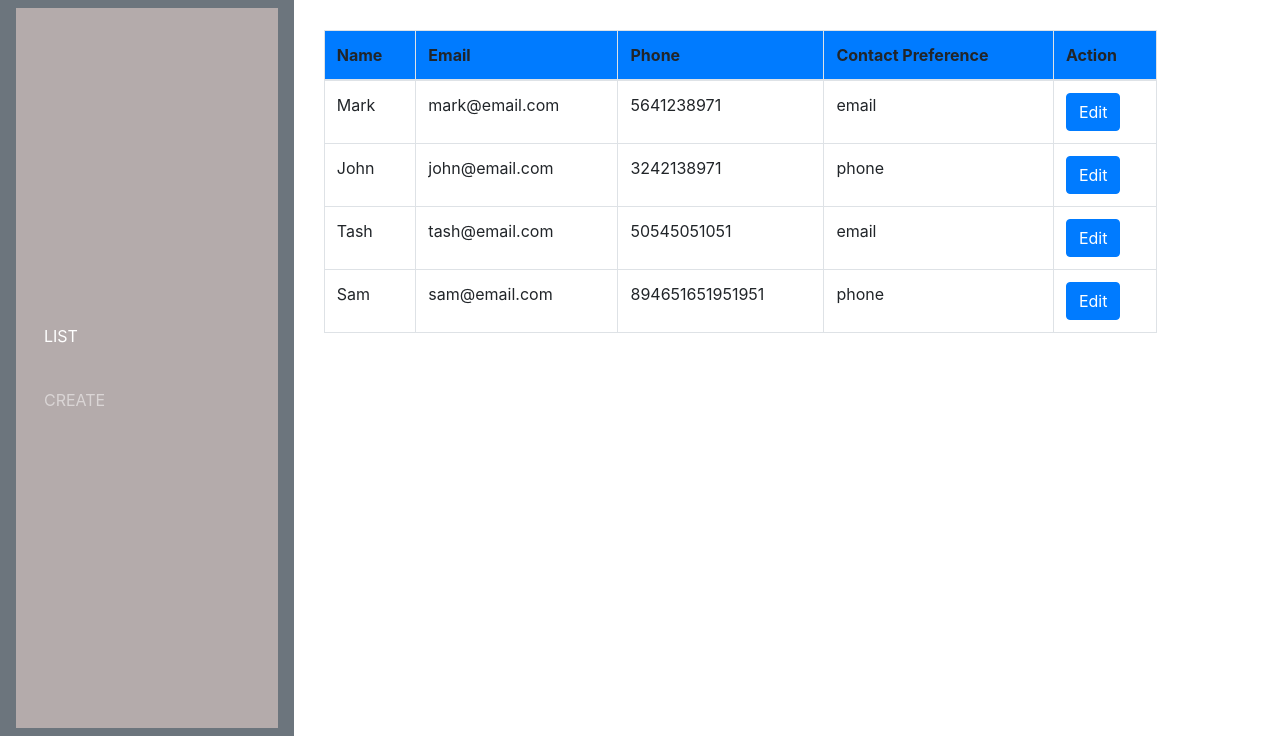
Repository: hanumanthnbalu/NG_FORMS
Page: /
These files come from the project's save history. The page is drawn as it stood at one moment and after the next save; the edit follows.
The browser window is 1280 px wide. The pictures show the whole page.
The project was rebuilt for these pictures with package versions that can differ from the ones it lists, and the page was loaded fresh each time. Requests to the local data server were answered from the project's data file. Also part of the build but not shown: angular.json, src/app/not-found/not-found.component.ts, src/app/forms/create-employee/create-employeecomponent.ts.

Above is the page before, as saved 2019-09-25 22:04:44.

### src/index.html
<!doctype html>
<html lang="en">
<head>
  <meta charset="utf-8">
  <title>HNBALU</title>
  <base href="/">

  <meta name="viewport" content="width=device-width, initial-scale=1">
  <link rel="icon" type="image/x-icon" href="favicon.ico">
</head>
<body>
  <app-root></app-root>
</body>
</html>

### src/styles.scss
/* You can add global styles to this file, and also import other style files */
input.ng-valid {
	border-left: 5px solid #42a948;
}
.form-control:focus {
	outline: none;
	border-color: none;
	box-shadow: none;
}
.btn-primary.disabled,
.btn-primary:disabled {
	cursor: not-allowed;
}
.collapse:not(.show) {
	display: block !important;
}
input[type='radio'] {
	margin-right: 5px;
}
label {
	margin-bottom: .5rem;
	display: flex !important;
	flex-direction: row;
	align-items: center;
}
.primary:disabled {
	cursor: not-allowed;
}

### src/app/app.module.ts
import { BrowserModule } from '@angular/platform-browser';
import { NgModule, Component } from '@angular/core';
import { HttpClientModule } from '@angular/common/http';
import { AppRoutingModule } from './app-routing.module';


import { AppComponent } from './app.component';
import { NotFoundComponent } from './not-found/not-found.component';
import { HeaderComponent } from './header/header.component';
import { FormsModule, ReactiveFormsModule } from '@angular/forms';
import { ListEmployeeComponent } from './forms/list-employee/list-employee.component';
import { EmployeeService } from './forms/employee.service';
import { CreateEmployeeComponent } from './forms/create-employee/create-employeecomponent';

@NgModule({
	declarations: [
		AppComponent,
		HeaderComponent,
    NotFoundComponent,
    ListEmployeeComponent,
    CreateEmployeeComponent
	],
  imports: [ BrowserModule,
             FormsModule,
             HttpClientModule,
             AppRoutingModule,
             ReactiveFormsModule ],
	providers: [ EmployeeService ],
	bootstrap: [ AppComponent ]
})
export class AppModule {}

### src/app/app-routing.module.ts
import { RouterModule } from '@angular/router';
import { NgModule } from '@angular/core';

import { NotFoundComponent } from './not-found/not-found.component';
import { ListEmployeeComponent } from './forms/list-employee/list-employee.component';
import { CreateEmployeeComponent } from './forms/create-employee/create-employeecomponent';

const route = [
  { path: '', redirectTo: '/list-employees', pathMatch: 'full' },
  { path: 'list-employees', component: ListEmployeeComponent },
  { path: 'create-employees', component: CreateEmployeeComponent },
  { path: 'edit/:id', component: CreateEmployeeComponent },
	{ path: '**', component: NotFoundComponent }
];

@NgModule({
	imports: [ RouterModule.forRoot(route) ],
	exports: [ RouterModule ]
})
export class AppRoutingModule {}

### src/app/app.component.ts
import { Component ,OnInit} from '@angular/core';
@Component({
  selector: 'app-root',
  templateUrl: './app.component.html',
  styleUrls: ['./app.component.css']
})
export class AppComponent implements OnInit {
  title = 'app';
  constructor() {}
  ngOnInit() {
  }
}

### src/app/forms/list-employee/list-employee.component.ts
import { Component, OnInit } from '@angular/core';
import { EmployeeService } from '../employee.service';
import { IEmployee } from '../IEmployee';
import { Router } from '@angular/router';

@Component({
  selector: 'app-list-employee',
  templateUrl: './list-employee.component.html',
  styleUrls: ['./list-employee.component.scss']
})
export class ListEmployeeComponent implements OnInit {
  employees: IEmployee[];
  constructor(private employeeService: EmployeeService, private router: Router) { }

  ngOnInit() {
    this.employeeService.getEmployees().subscribe(
      (listEmployees) => this.employees = listEmployees,
      (err) => console.log(err)
    )
  }
  editButtonClick(employeeId: number) {
    this.router.navigate(['/edit', employeeId]);
  }

}

### src/app/forms/employee.service.ts
import { Injectable } from '@angular/core';
import { IEmployee } from './IEmployee';
import { HttpClient, HttpErrorResponse, HttpHeaders } from '@angular/common/http';

import { Observable, throwError } from 'rxjs';
import { catchError } from 'rxjs/operators';

@Injectable()
export class EmployeeService {
    baseUrl = 'http://localhost:3000/employees';
    constructor(private httpClient: HttpClient) {
    }

    getEmployees(): Observable<IEmployee[]> {
        return this.httpClient.get<IEmployee[]>(this.baseUrl)
            .pipe(catchError(this.handleError));
    }

    private handleError(errorResponse: HttpErrorResponse) {
        if (errorResponse.error instanceof ErrorEvent) {
            console.error('Client Side Error :', errorResponse.error.message);
        } else {
            console.error('Server Side Error :', errorResponse);
        }
        return throwError('There is a problem with the service. We are notified & working on it. Please try again later.');
    }

    getEmployee(id: number): Observable<IEmployee> {
        return this.httpClient.get<IEmployee>(`${this.baseUrl}/${id}`)
            .pipe(catchError(this.handleError));
    }

    addEmployee(employee: IEmployee): Observable<IEmployee> {
        return this.httpClient.post<IEmployee>(this.baseUrl, employee, {
            headers: new HttpHeaders({
                'Content-Type': 'application/json'
            })
        })
        .pipe(catchError(this.handleError));
    }

    updateEmployee(employee: IEmployee): Observable<void> {
        return this.httpClient.put<void>(`${this.baseUrl}/${employee.id}`, employee, {
            headers: new HttpHeaders({
                'Content-Type': 'application/json'
            })
        })
            .pipe(catchError(this.handleError));
    }

    deleteEmployee(id: number): Observable<void> {
        return this.httpClient.delete<void>(`${this.baseUrl}/${id}`)
            .pipe(catchError(this.handleError));
    }
}

### src/app/app.component.html
<div class="container-fluid" style="padding-left: 0px">
  <div class="row">
    <div class="col-md-3 col-xs-12">
      <app-header></app-header>
    </div>
    <div class="col-md-8 col-xs-12 top-30">
      <router-outlet></router-outlet>
    </div>
  </div>
</div>

### src/app/app.component.css
.top-30 {
	margin-top: 30px;
}

### src/app/header/header.component.html
<nav class="navbar navbar-expand-lg navbar-dark bg-secondary">
  <div class="collapse navbar-collapse" id="navbarSupportedContent">
    <ul class="navbar-nav mr-auto list-unstyled">
      <li class="nav-item">
        <a class="nav-link" routerLinkActive="active" routerLink="list-employees">LIST</a>
      </li><br>
      <li class="nav-item">
        <a class="nav-link" routerLinkActive="active" routerLink="create-employees">CREATE</a>
      </li>
    </ul>
  </div>
</nav>

### src/app/header/header.component.scss
ul.navbar-nav.mr-auto.list-unstyled {
	display: flex;
	flex-direction: column;
	height: 100vh;
	justify-content: center;
	background: #b4abab;
	padding: 20px;
}

### src/app/forms/list-employee/list-employee.component.html
<div class="table-responsive">
  <table class="table table-bordered" *ngIf="employees && employees.length">
    <thead>
      <tr class="bg-primary">
        <th>Name</th>
        <th>Email</th>
        <th>Phone</th>
        <th>Contact Preference</th>
        <th>Action</th>
      </tr>
    </thead>
    <tbody>
      <tr *ngFor="let employee of employees">
        <td>{{ employee.fullName }}</td>
        <td>{{ employee.email }}</td>
        <td>{{ employee.phone }}</td>
        <td>{{ employee.contactPreference }}</td>
        <td> <button class="btn btn-primary" (click)="editButtonClick(employee.id)">Edit</button> </td>
      </tr>
    </tbody>
  </table>
</div>

### db.json
{
	"employees": [
		{
			"id": 1,
			"fullName": "Mark",
			"contactPreference": "email",
			"email": "mark@email.com",
			"phone": "5641238971",
			"skills": [
				{
					"skillName": "C#",
					"experienceInYears": 1,
					"proficiency": "beginner"
				},
				{
					"skillName": "Java",
					"experienceInYears": 2,
					"proficiency": "intermediate"
				}
			]
		},
		{
			"id": 2,
			"fullName": "John",
			"contactPreference": "phone",
			"email": "john@email.com",
			"phone": "3242138971",
			"skills": [
				{
					"skillName": "Angular",
					"experienceInYears": 2,
					"proficiency": "beginner"
				},
				{
					"skillName": "HTML",
					"experienceInYears": 2,
					"proficiency": "intermediate"
				},
				{
					"skillName": "LINQ",
					"experienceInYears": 3,
					"proficiency": "advanced"
				}
			]
		},
		{
			"id": 3,
			"fullName": "Tash",
			"contactPreference": "email",
			"email": "tash@email.com",
			"phone": "50545051051",
			"skills": [
				{
					"skillName": "C#",
					"experienceInYears": 1,
					"proficiency": "beginner"
				},
				{
					"skillName": "Java",
					"experienceInYears": 2,
					"proficiency": "intermediate"
				}
			]
		},
		{
			"id": 4,
			"fullName": "Sam",
			"contactPreference": "phone",
			"email": "sam@email.com",
			"phone": "894651651951951",
			"skills": [
				{
					"skillName": "Angular",
					"experienceInYears": 2,
					"proficiency": "beginner"
				},
				{
					"skillName": "HTML",
					"experienceInYears": 2,
					"proficiency": "intermediate"
				},
				{
					"skillName": "LINQ",
					"experienceInYears": 3,
					"proficiency": "advanced"
				},
				{
					"skillName": "Angular",
					"experienceInYears": 2,
					"proficiency": "beginner"
				},
				{
					"skillName": "HTML",
					"experienceInYears": 2,
					"proficiency": "intermediate"
				},
				{
					"skillName": "LINQ",
					"experienceInYears": 3,
					"proficiency": "advanced"
				}
			]
		}
	]
}

Loaded but not shown: src/main.ts (common file); src/environments/environment.ts (common file); src/app/header/header.component.ts (common file); src/app/forms/list-employee/list-employee.component.scss (no stored copy; drawn as an empty file)

After the next save:
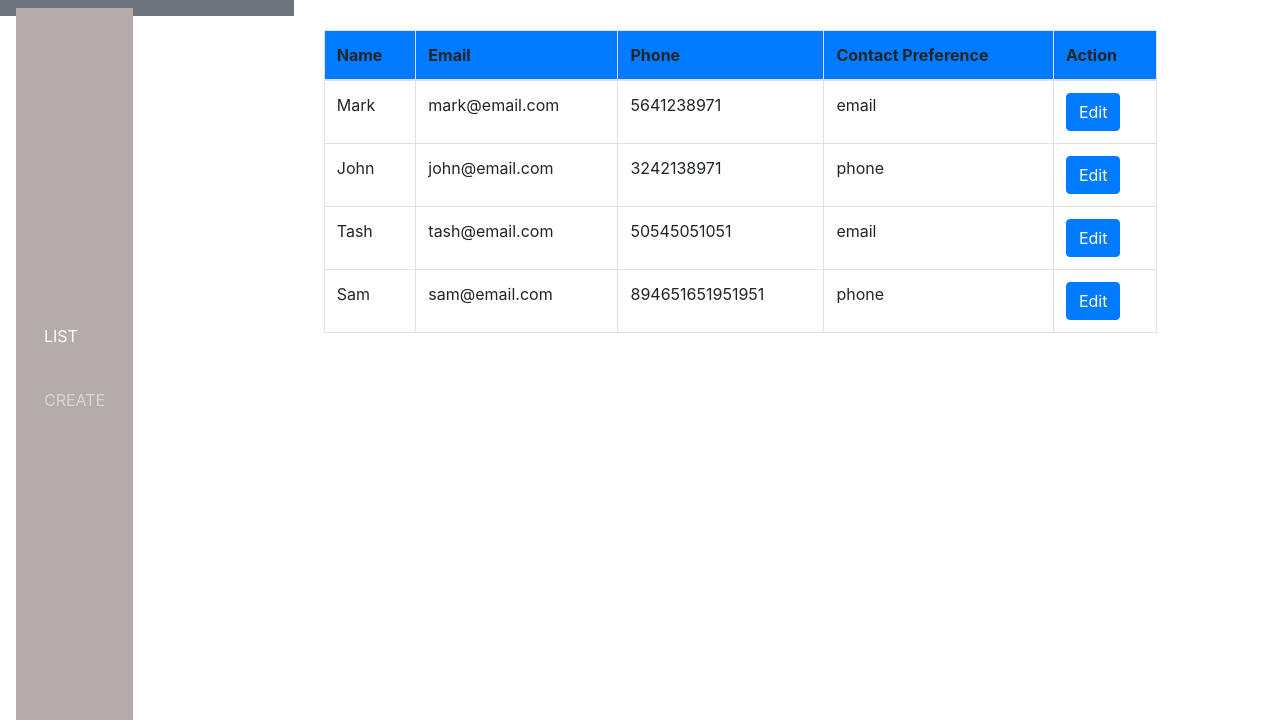
Saved 53 s later.
--- a/src/app/header/header.component.scss
+++ b/src/app/header/header.component.scss
@@ -6,3 +6,6 @@ ul.navbar-nav.mr-auto.list-unstyled {
 	background: #b4abab;
 	padding: 20px;
 }
+ul.navbar-nav.mr-auto.list-unstyled {
+	position: fixed;
+}
